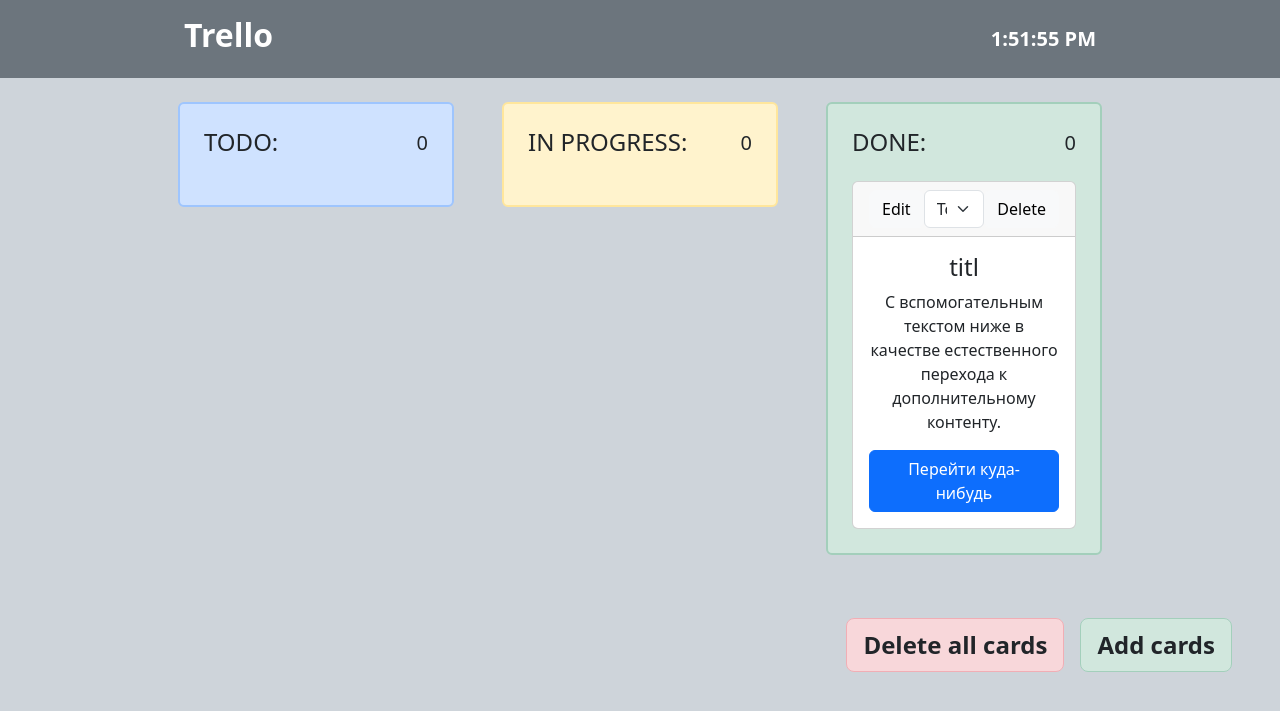
Repository: Valeria154/trello-app-clone
Page: / (app in trello-app-project/)
The author's editor kept a copy of each file at every save. The page is drawn from the files as they stood at one save, then again after the next save.
The browser window is 1280 px wide. The pictures show the whole page.
The project was rebuilt for these pictures with package versions that can differ from the ones it lists, and the page was loaded fresh each time. Also part of the build but not shown: trello-app-project/vite.config.js.

Above is the page before, as saved 2025-03-16 22:03:16.

After the next save:
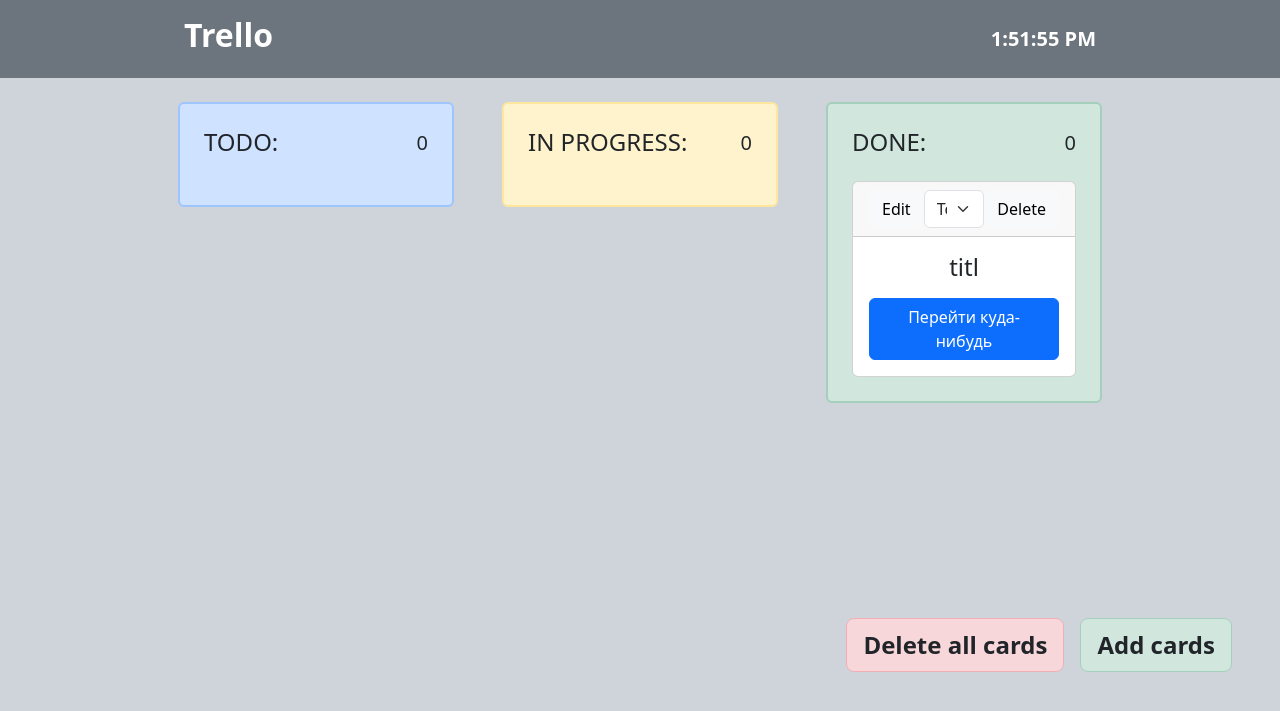
Saved 11 s later.
--- a/trello-app-project/src/index.html
+++ b/trello-app-project/src/index.html
@@ -53,8 +53,7 @@
 							</div>
 							<div class="card-body">
 								<h4 class="card-title">titl</h4>
-								<p class="card-text">С вспомогательным текстом ниже в качестве естественного перехода к
-									дополнительному контенту.</p>
+								<p class="card-text"></p>
 								<a href="#" class="btn btn-primary">Перейти куда-нибудь</a>
 							</div>
 						</div>
